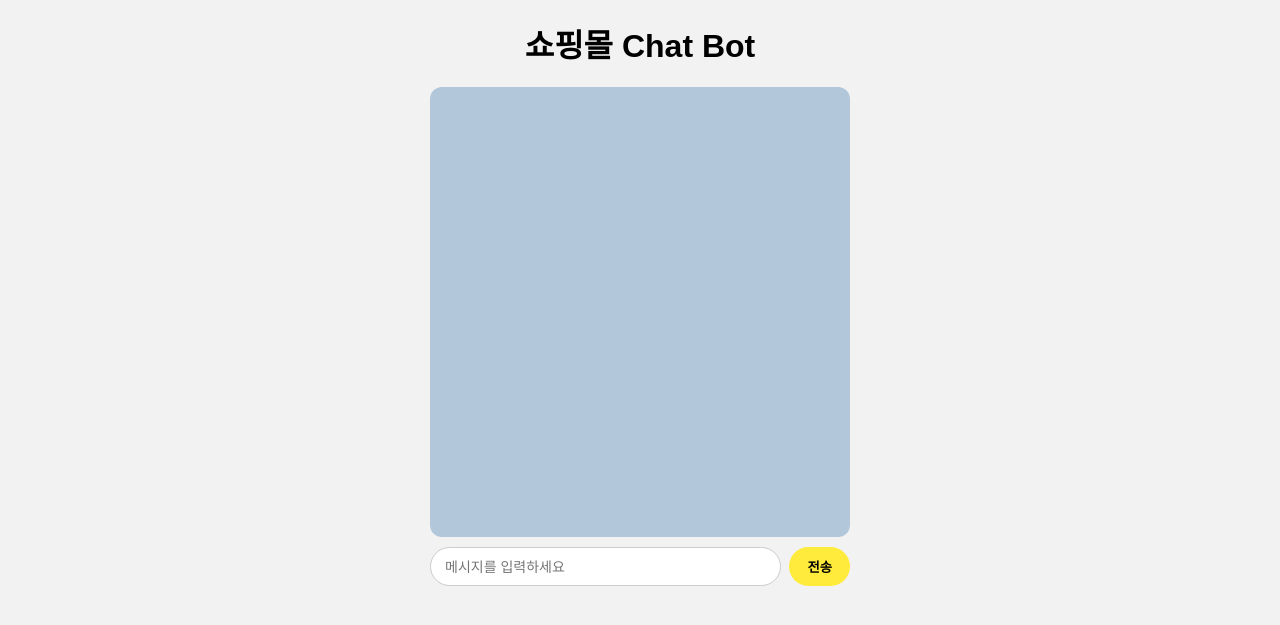
Repository: snowballnote/springai
Page: openai0113/src/main/resources/static/chat.html
These files come from the project's save history. The page is drawn as it stood at one moment and after the next save; the edit follows.
The browser window is 1280 px wide. The pictures show the whole page.
Empty fields were first filled with sample values (such as "Sample", 5 or name@example.com).
After loading, the first visible `#sendBtn` was clicked once.
The page's requests for data from a server got no answer.

Above is the page before, as saved 2026-01-14 05:54:03.

After the next save:
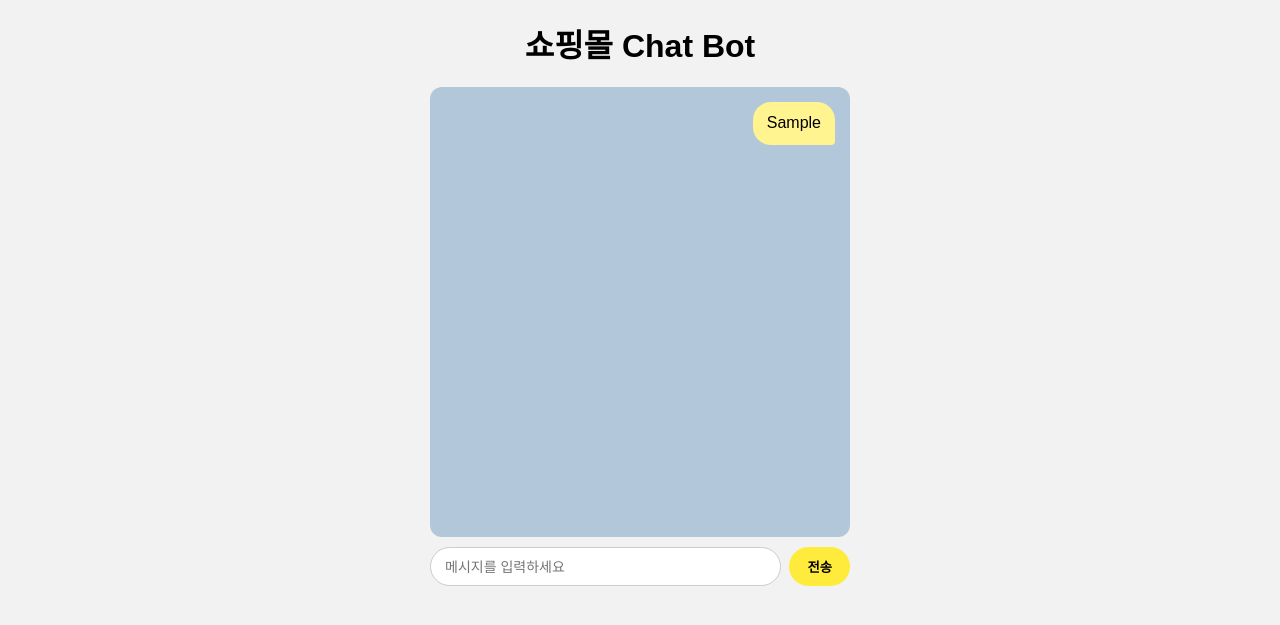
Saved 53 s later.
--- a/openai0113/src/main/resources/static/chat.html
+++ b/openai0113/src/main/resources/static/chat.html
@@ -112,6 +112,11 @@
             userId: "user10",
             userMessage: $("#userMessage").val().trim()
         };
+        $("#chatBox").append(
+        	   `<div class="chat YOU">${$("#userMessage").val()}</div>`
+        );
+
+        $("#chatBox").scrollTop($("#chatBox")[0].scrollHeight);
 
         $.ajax({
             url: "http://localhost:8080/chatMessage",
